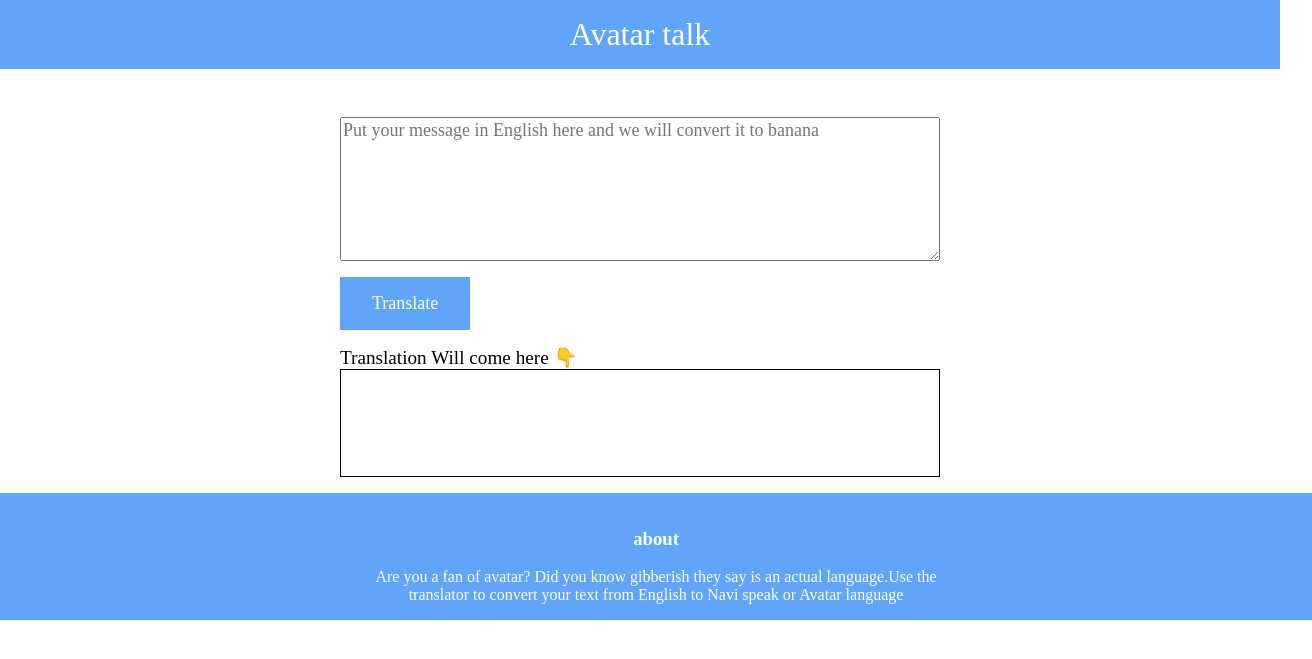
Repository: sohan2503001/Avator-speak
Page: index.html
The author's editor kept a copy of each file at every save. The page is drawn from the files as they stood at one save, then again after the next save.
The browser window is 1280 px wide. The page is 1312 px wide, so the pictures cover 1312 px, including what lies to the right of the window. The pictures show the whole page.

Above is the page before, as saved 2021-04-21 12:23:40.

### index.html
<!DOCTYPE html>
<html lang="en">

<head>
    <meta charset="UTF-8">
    <meta http-equiv="X-UA-Compatible" content="IE=edge">
    <meta name="viewport" content="width=device-width, initial-scale=1.0">
    <title>Avatar Speak</title>
    <link rel="stylesheet" href="style.css">
</head>

<body>
    <nav>
        <div class="head">Avatar talk</div>
    </nav>

    <main>
        <textarea id="txt-input"
            placeholder="Put your message in English here and we will convert it to banana"></textarea>
        <button id="btn-translate">Translate</button>
        <div style="font-size: larger;">Translation Will come here 👇</div>
        <div id="output"></div>
    </main>

    <footer class="footer">
        <h3 >about</h3>
        <p >Are you a fan of avatar? Did you know gibberish they
            say is an actual language.Use the translator to convert
            your text from English to Navi speak or Avatar language</p>
    </footer>
    <script src="app.js" type="text/javascript"></script>
</body>

</html>

### style.css
@import url('https://fonts.googleapis.com/css2?family=Ubuntu+Mono:ital@1&display=swap');

:root{
    --primary-color:#60A5FA;
    --width-break:600px
}

body{
    margin: 0;
    font-family: 'Ubuntu' , cursive;
}

/**header**/
nav{
    background-color: var(--primary-color);
    text-align: center;
}

.head{
    font-size: 2rem;
    padding: 1rem;
    color: white;
}

/**Center**/
main{
    margin: auto;
    padding: 1rem;
    max-width: var(--width-break);
}

textarea{
    box-sizing: border-box;
    width: 100%;
    min-height: 20vh;
    display: block;
    margin-top: 2rem;
    font-family: inherit;
    font-size: large;
}

#btn-translate{
    padding: 1rem 2rem;
    margin: 1rem 0rem;
    background-color: var(--primary-color);
    border: none;
    color: white;
    font-family: 'Ubuntu' , cursive;
    font-size: large;
}

#output{
    box-sizing: border-box;
    border: 1px solid black;
    min-height: 15vh;
    max-height: 20vh;
    width: 100%;
    font-size: large;
}

/**footer**/
footer{
    background-color: var(--primary-color);
    margin: 0;
    padding: 1rem;
    width: 100%;
    bottom: 0;
    text-align: center;
}

.footer h3{
    color: white;
}

footer p{
    color: white;
    margin: auto;
    max-width: var(--width-break);
}

### app.js
var btnTranslate = document.querySelector("#btn-translate");
var txtInput = document.querySelector("#txt-input");
var outputDiv = document.querySelector("#output");

var serverURL = "https://api.funtranslations.com/translate/navi.json"

function getTranslationURL(text) {
    return serverURL + "?" + "text=" + text
}

function clickHandler() {
    var inputText = txtInput.value;
    fetch(getTranslationURL(inputText))
        .then(response => response.json())
        .then(json => {
            var translatedText = json.contents.translated;
            outputDiv.innerHTML = translatedText;
        })
};

btnTranslate.addEventListener("click", clickHandler);

After the next save:
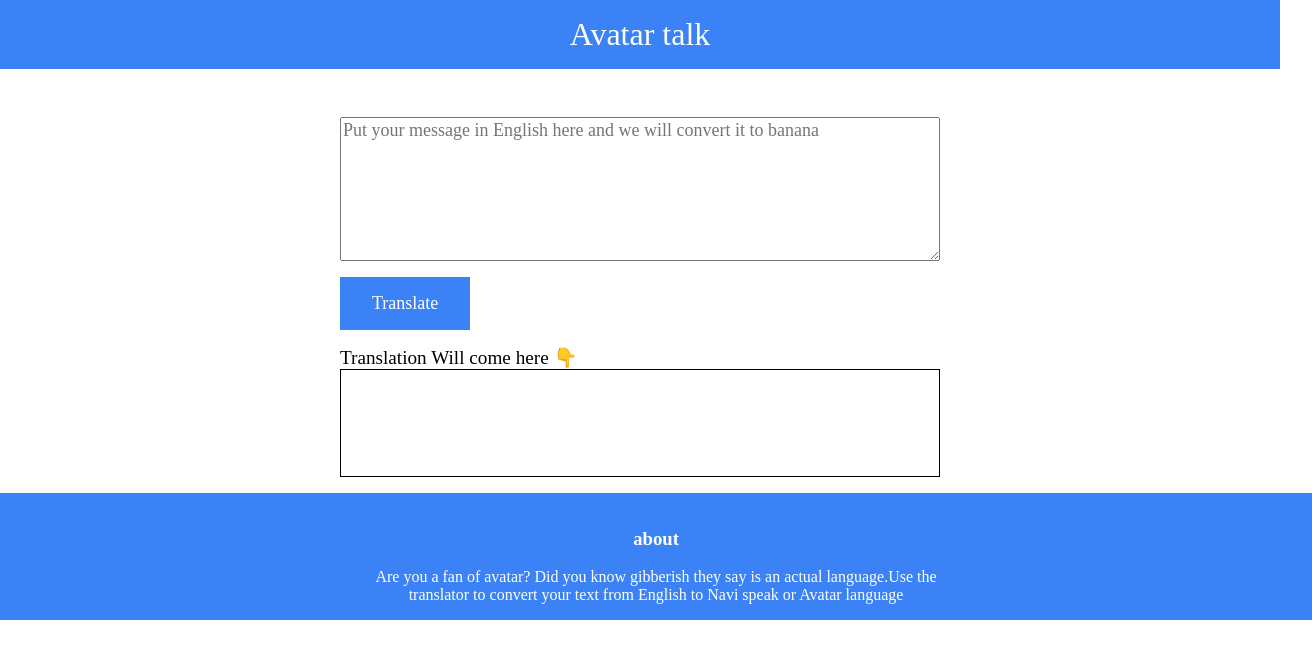
Saved 11 s later.
--- a/style.css
+++ b/style.css
@@ -1,7 +1,7 @@
 @import url('https://fonts.googleapis.com/css2?family=Ubuntu+Mono:ital@1&display=swap');
 
 :root{
-    --primary-color:#60A5FA;
+    --primary-color:#3B82F6;
     --width-break:600px
 }
 
